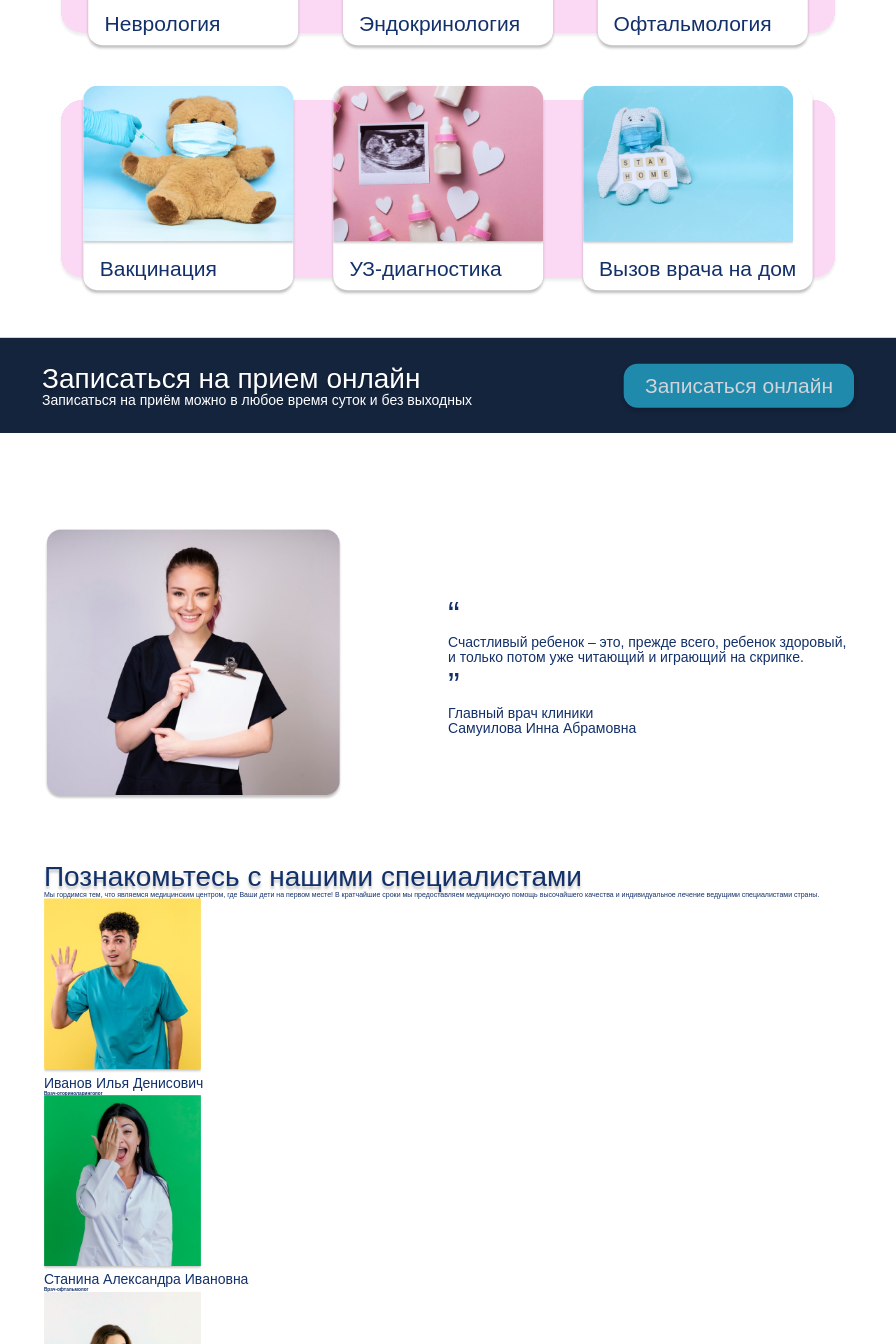
Repository: Normandy72/Landing-Page-Happy-Child
Page: index.html
An editor plug-in stored every save of this project. The page is shown before and after the next save, followed by the edit.
The browser window is 1280 px wide. The pictures show the part of the page from y = 2181 to 4101 px (the page is 8064 px tall), at 70% of full size.
Some web fonts or font styles are not loaded; a fallback is used.

Above is the page before, as saved 2022-11-12 14:20:59.

### index.html
<!DOCTYPE html>
<html lang="en">
<head>
    <meta charset="UTF-8">
    <meta http-equiv="X-UA-Compatible" content="IE=edge">
    <meta name="viewport" content="width=device-width, initial-scale=1.0">
    <link href="https://fonts.googleapis.com/css2?family=Neucha&display=swap" rel="stylesheet">
    <link href="https://fonts.googleapis.com/css2?family=Coustard:wght@400;900&display=swap" rel="stylesheet">
    <link rel="icon" href="resources/icon/stethoscope.ico" sizes="16x16">
    <link rel="icon" href="resources/icon/stethoscope.ico" sizes="32x32">
    <link rel="icon" href="resources/icon/stethoscope.ico" sizes="64x64">
    <link rel="stylesheet" href="styles/main.css">
    <title>Happy Child</title>
</head>

<body>
    <header>
        <div class="wrapper layout-3-columns">
            <a href="#">
                <div class="header__logo"></div>
            </a>
            <nav class="header__navigation">
                <a class = "navigation__link" href="#">Главная</a>
                <a class = "navigation__link" href="#">Услуги</a>
                <a class = "navigation__link" href="#">Врачи</a>
                <a class = "navigation__link" href="#">Новости</a>
                <a class = "navigation__link" href="#">Запись на прием</a>
                <a class = "navigation__link" href="#">Контакты</a>
            </nav>
            <a href="tel: +375291030303">
                <div class="header__phone"></div>
            </a>
        </div>
    </header>

    <main>
        <section class="section__main">
            <div class="wrapper">
                <div class="main__text">
                    <div class="main__logo"></div>
                    <h1>Медицинский центр для детей</h1>
                    <h5>только актуальные рекомендации, основанные на доказательствах</h5>
                    <button class="button button_accented">Записаться на прием</button>
                </div>
            </div>
        </section>

        <section class="section__information wrapper">
            <div class="information__block block__phone">
                <div class="block__icon"></div>
                <h2>Контакты</h2>
                <h3>+375 29 103-03-03</h3>
                <h3>+375 17 103-03-03</h3>
            </div>
            <div class="information__block block__shedule">
                <div class="block__icon"></div>
                <h2>График работы</h2>
                <h3>Пн. - Пт. :    8:00 - 21:00</h3>
                <h3>Сб. - Вс. :    9:00 - 18:00</h3>
            </div>
        </section>

        <section class="section__services">
            <div class="wrapper">
                <h2 class="heading_dark">Наши услуги</h2>
                <div class="divider"></div>
                <div class="services__cards layout-3-columns">
                    <div class="services__card">
                        <img src="resources/img/services/pediatria.png" alt="pediatria">
                        <h4>Педиатрия</h4>
                    </div>

                    <div class="services__card">
                        <img src="resources/img/services/pulmo.png" alt="pulmo">
                        <h4>Пульмонология</h4>
                    </div>

                    <div class="services__card">
                        <img src="resources/img/services/cardio.png" alt="cardio">
                        <h4>Кардиология</h4>
                    </div>
                </div>

                <div class="services__cards layout-3-columns">
                    <div class="services__card">
                        <img src="resources/img/services/lor.png" alt="lor">
                        <h4>Оториноларингология</h4>
                    </div>

                    <div class="services__card">
                        <img src="resources/img/services/allergo.png" alt="allergo">
                        <h4>Аллергология</h4>
                    </div>

                    <div class="services__card">
                        <img src="resources/img/services/surgery.png" alt="surgery">
                        <h4>Хирургия</h4>
                    </div>
                </div>

                <div class="services__cards layout-3-columns">
                    <div class="services__card">
                        <img src="resources/img/services/neuro.png" alt="neuro">
                        <h4>Неврология</h4>
                    </div>

                    <div class="services__card">
                        <img src="resources/img/services/endocryn.png" alt="endocryn">
                        <h4>Эндокринология</h4>
                    </div>

                    <div class="services__card">
                        <img src="resources/img/services/ophtalm.png" alt="ophtalm">
                        <h4>Офтальмология</h4>
                    </div>
                </div>

                <div class="services__cards layout-3-columns">
                    <div class="services__card">
                        <img src="resources/img/services/vaccination.png" alt="vaccination">
                        <h4>Вакцинация</h4>
                    </div>

                    <div class="services__card">
                        <img src="resources/img/services/usd.png" alt="usd">
                        <h4>УЗ-диагностика</h4>
                    </div>

                    <div class="services__card">
                        <img src="resources/img/services/stayhome.png" alt="stayhome">
                        <h4>Вызов врача на дом</h4>
                    </div>
                </div>
            </div>
        </section>

        <section class="section__addition">
            <div class="wrapper addition__info layout-2-columns">
                <div class="addition__text">
                    <h2>Записаться на прием онлайн</h2>
                    <h5>Записаться на приём можно в любое время суток и без выходных</h5>
                </div>
                <button class="button button_standart">Записаться онлайн</button>
            </div>
        </section>

        <section class="wrapper section__chief layout-2-columns">
            <div class="chief__foto"></div>
            <div class="chief__text">
                <div class="text__lines">
                    <div class="lines__line"></div>
                    <p>“</p>
                    <div class="lines__line"></div>
                </div>
                <h5>Счастливый ребенок – это, прежде всего, ребенок здоровый, и только потом уже читающий
                и играющий на скрипке.</h5>
                <div class="text__lines">
                    <div class="lines__line"></div>
                    <p>”</p>
                    <div class="lines__line"></div>
                </div>
                <h5>Главный врач клиники</h5>
                <div class="chief__logo"></div>
                <h5>Самуилова Инна Абрамовна</h5>
            </div>
        </section>

        <section class="wrapper section__doctors">
            <h2 class="heading_dark">Познакомьтесь с нашими специалистами</h2>
            <p>Мы гордимся тем, что являемся медицинским центром, где Ваши дети на первом месте!
                В кратчайшие сроки мы предоставляем медицинскую помощь высочайшего качества и индивидуальное лечение ведущими специалистами страны. </p>
            <div class="doctors__arrays">
                <div></div>
                <div></div>
            </div>
            <div class="doctors__cards">
                <div class="doctors__card">
                    <img src="resources/img/doctors/ivanov1.png" alt="ivanov1">
                    <h5>Иванов Илья Денисович</h5>
                    <h6>Врач-оториноларинголог</h6>
                </div>

                <div class="doctors__card">
                    <img src="resources/img/doctors/stanina1.png" alt="stanina1">
                    <h5>Станина Александра Ивановна</h5>
                    <h6>Врач-офтальмолог</h6>
                </div>

                <div class="doctors__card">
                    <img src="resources/img/doctors/tkachenko1.png" alt="tkachenko1">
                    <h5>Ткаченко Антонина Львовна</h5>
                    <h6>Врач-невролог</h6>
                </div>

                <div class="doctors__card">
                    <img src="resources/img/doctors/savenko1.png" alt="savenko1">
                    <h5>Савенко Алина Викторовна</h5>
                    <h6>Врач-педиатр</h6>
                </div>

                <div class="doctors__card">
                    <img src="resources/img/doctors/krotov1.png" alt="krotov1">
                    <h5>Кротов Алексей Геннадьевич</h5>
                    <h6>Врач-хирург</h6>
                </div>

                <div class="doctors__card">
                    <img src="resources/img/doctors/karpovich1.png" alt="karpovich1">
                    <h5>Карпович Анна Игоревна</h5>
                    <h6>Врач-кардиолог</h6>
                </div>

                <div class="doctors__card">
                    <img src="resources/img/doctors/akulich1.png" alt="akulich1">
                    <h5>Акулич Олег Васильевич</h5>
                    <h6>Врач-эндокринолог</h6>
                </div>

                <div class="doctors__card">
                    <img src="resources/img/doctors/astapenko1.png" alt="astapenko1">
                    <h5>Астапенко Ирина Эдуардовна</h5>
                    <h6>Врач УЗ-диагностики</h6>
                </div>
            </div>
        </section>

        <section>
            <div class="section__lines">
                <div></div>
                <div></div>
                <div></div>
            </div>
            <div class="wrapper section__news">
                <h2 class="heading_dark">Новости</h2>
                <div class="news_card">
                    <img src="resources/img/news/news1.png" alt="news1">
                    <h4>25. 07. 2022   15 : 00</h4>
                    <h3>Всемирный день здоровья полости рта</h3>
                    <h5>Взрослея, организм ребенка испытывает множество изменений. В честь Всемирного дня здоровья полости рта наши стоматологи расскажут родителям и детям, как заботиться о зубах и деснах в разных возрастных периодах, какие средства использовать, чтобы смена молочных зубов прошла легко и безболезненно, и еще много-много полезного!</h5>
                    <a href="#">Подробнее...</a>
                </div>

                <div class="news_card">
                    <img src="resources/img/news/news2.png" alt="news1">
                    <h4>27. 07. 2022   13 : 30</h4>
                    <h3>Европейская неделя иммунизации</h3>
                    <h5>Знаете ли Вы, что иммунизация является единственным и надежным способом борьбы с эпидемиологическими заболеваниями, такими как корь, полиомиелит, эпидемический паротит и др.? В рамках Европейской недели иммунизации врач-педиатр Савенко Алина Викторовна познакомит Вас с текущим календарем профилактических прививок и ответит на все волнующие Вас вопросы! </h5>
                    <a href="#">Подробнее...</a>
                </div>

                <div class="news_card">
                    <img src="resources/img/news/news3.png" alt="news1">
                    <h4>28. 07. 2022    16 : 00</h4>
                    <h3>Международный день офтальмологии</h3>
                    <h5>Ухудшение зрения может лишить человека возможности заниматься любимым делом. Хорошо, что современная офтальмология обладает широкими возможностями для лечения многих заболеваний глаз.  Приходите к нам в Международный день офтальмологии и узнайте, что рекомендуют специалисты для профилактии заболеваний глаз.</h5>
                    <a href="#">Подробнее...</a>
                </div>
            </div>
        </section>

        <section class="section__addition">
            <div class="wrapper addition__info layout-2-columns">
                <div class="addition__text">
                    <h2>Подписаться на рассылку</h2>
                    <h5>Будьте в курсе новостей !</h5>
                </div>
                <form class="addition__form">
                    <input class = "addition__input" type="text" value="Email">
                    <button class="button button_standart">Подписаться</button>
                </form>
            </div>
        </section>

        <section class="wrapper section__callback">
            <div class="callback__form">
                <h2 class="heading_dark">Остались вопросы?</h2>
                <h5>Оставьте заявку, мы Вам перезвоним!</h5>
                <form action="">
                    <input class="callback__input" type="text" value="Ваше имя">
			        <input class="callback__input" type="tel" placeholder="Номер телефона" pattern="+375(29,17,33,44)[0-9]{3}-[0-9]{2}-[0-9]{2}" required>
			        <select class="callback__input" name="menu" size="1">
				        <option>Желаемая услуга</option>
				        <option value="ped">Педиатрия</option>
				        <option value="pulmo">Пульмонология</option>
				        <option value="cardio">Кардиология</option>
				        <option value="lor">Оториноларингология</option>
				        <option value="allergo">Аллергология</option>
				        <option value="surg">Хирургия</option>
				        <option value="neuro">Неврология</option>
				        <option value="endocryn">Эндокринология</option>
				        <option value="ophtalm">Офтальмология</option>
				        <option value="vaccin">Вакцинация</option>
				        <option value="usd">УЗ-диагностика</option>
				        <option value="stayhome">Вызов врача на дом</option>
			        </select>
			        <input class="callback__input" type="date" value="2022-01-01" min="2022-01-01" max="2022-12-31">
                    <label class="callback__checkbox">
                        <input type="checkbox">
                        Я даю согласие на хранение и обработку персональных данных
                    </label>
			        <button class="button button_standart">Оставить заявку</button>
                </form>
            </div>
            <div class="callback__photo"></div>
        </section>

        <section class="wrapper section__contacts">
            <h2 class="heading_dark">Ждем Вас в нашем центре !</h2>
            <div class="contacts__info">
                <h3>Контакты</h3>
                <h5>Мы находимся по адресу:</h5>
                <h4>г. Минск, ул. Матусевича, 70</h4>
                <h5>Связаться:</h5>
                <a href="tel: +375291030303">+375 29 103-03-03</a>
                <a href="tel: +375171030303">+375 17 103-03-03</a>
                <h5>Мы в соц. сетях:</h5>
                <div class="contacts__social">
                    <a href="#"></a>
                </div>
                <div class="contacts__social">
                    <a href="#"></a>
                </div>
                <div class="contacts__social">
                    <a href="#"></a>
                </div>
            </div>
            <div class="contacts__map">
                <iframe src="https://www.google.com/maps/embed?pb=!1m18!1m12!1m3!1d2349.7572817965843!2d27.4501670158107!3d53.91828888010291!2m3!1f0!2f0!3f0!3m2!1i1024!2i768!4f13.1!3m3!1m2!1s0x46dbc52f35b245d3%3A0x98f1d72de22c93c4!2z0YPQu9C40YbQsCDQnNCw0YLRg9GB0LXQstC40YfQsCA3MCwg0JzQuNC90YHQug!5e0!3m2!1sru!2sby!4v1659879735812!5m2!1sru!2sby" width="50%" height="562px" style="border:0;" allowfullscreen="" loading="lazy" referrerpolicy="no-referrer-when-downgrade"></iframe>
            </div>
        </section>
    </main>

    <footer>
        <div class="wrapper">
            <h5>ООО “HappyChild” © 2022</h5>
            <a href="#">Политика конфиденциальности</a>
        </div>
    </footer>
</body>
</html>

### styles/main.css
@import url(base.css);
@import url(buttons.css);
@import url(footer.css);
@import url(form.css);
@import url(header.css);
@import url(headings.css);
@import url(layouts.css);
@import url(links.css);
@import url(section_addition.css);
@import url(section_chief.css);
@import url(section_information.css);
@import url(section_main.css);
@import url(section_services.css);
@import url(variables.css);

### styles/base.css
*{
    margin: 0;
    padding: 0;
    box-sizing: border-box;
}

html{
    scroll-behavior: smooth;
}

body{
    font-family: var(--main-font);
    font-size: 10px;
    color: var(--text-dark-color);
}

.wrapper{
    max-width: 1180px;
    min-width: 480px;
    padding: 0 1%;
    margin: auto;
}

.divider{
    width: 100%;
}

### styles/buttons.css
.button{
    border-radius: 20px;
    border: none;
    filter: drop-shadow(0px 4px 4px rgba(0, 0, 0, 0.25));
    padding: 15px 30px;
    opacity: 0.8;

    font-family: var(--main-font);
    font-style: normal;
    font-weight: 400;
    font-size: var(--buttons-font-size);
    line-height: 33px;
    display: flex;
    align-items: center;
    text-align: center;
    color: var(--buttons-text-color);
}

.button_accented{
    background-color: var(--accented-button-color);
}

.button_standart{
    background-color: var(--standart-button-color);
}

.button:hover{
    cursor: pointer;
    opacity: 1;
}

### styles/headings.css
h1{
    font-size: var(--h1-font-size);
    font-style: normal;
    font-weight: 400;
    line-height: 50px;
}

h2{
    font-size: var(--h2-font-size);
    font-style: normal;
    font-weight: 400;
    line-height: 42px;
    text-shadow: var(--shadow);
}

h3{
    font-size: var(--h3-font-size);
    font-style: normal;
    font-weight: 400;
    line-height: 37px;
}

h4{
    font-size: var(--h4-font-size);
    font-style: normal;
    font-weight: 400;
    line-height: 32px;
}

h5{
    font-size: var(--h5-font-size);
    font-style: normal;
    font-weight: 400;
    line-height: 22px;
}

h6{

}

### styles/layouts.css
.layout-3-columns{
    display: flex;
    align-items: center;
    justify-content: space-between;
    flex-wrap: wrap;
    flex-basis: 33%;
}

.layout-2-columns{
    display: flex;
    align-items: center;
    justify-content: space-between;
    flex-wrap: wrap;
    flex-basis: 45%;
}

### styles/links.css
a{
    text-decoration: none;
    color: var(--links-color);
    text-shadow: var(--shadow);
    font-size: var(--links-font-size);
}

a:hover{
    cursor: pointer;
    color: var(--links-hover-color);
    transition: var(--transition);
}

### styles/section_addition.css
.section__addition{
    color: var(--text-ligth-color);
    background-color: var(--added-blocks-color);
}

.addition__info{
    padding: 36px 10px;
}

### styles/section_chief.css
.section__chief{
    padding-top: 138px;
    padding-bottom: 88px;
}

.chief__foto{
    background-image: url(../resources/img/doctors/chief1.png);
    background-repeat: no-repeat;
    background-size: cover;
    width: 426px;
    height: 386px;
}

.chief__text{
    width: 50%;
}

.text__lines p{
    font-family: var(--second-font);
    font-size: 50px;
}

Loaded but not shown: styles/header.css (47 lines, source omitted); styles/section_information.css (44 lines, source omitted); styles/variables.css (32 lines, source omitted); styles/section_services.css (36 lines, source omitted); styles/section_main.css (33 lines, source omitted); styles/footer.css (no copy from this time; the picture is the same without it); styles/form.css (no copy from this time; the picture is the same without it)

After the next save:
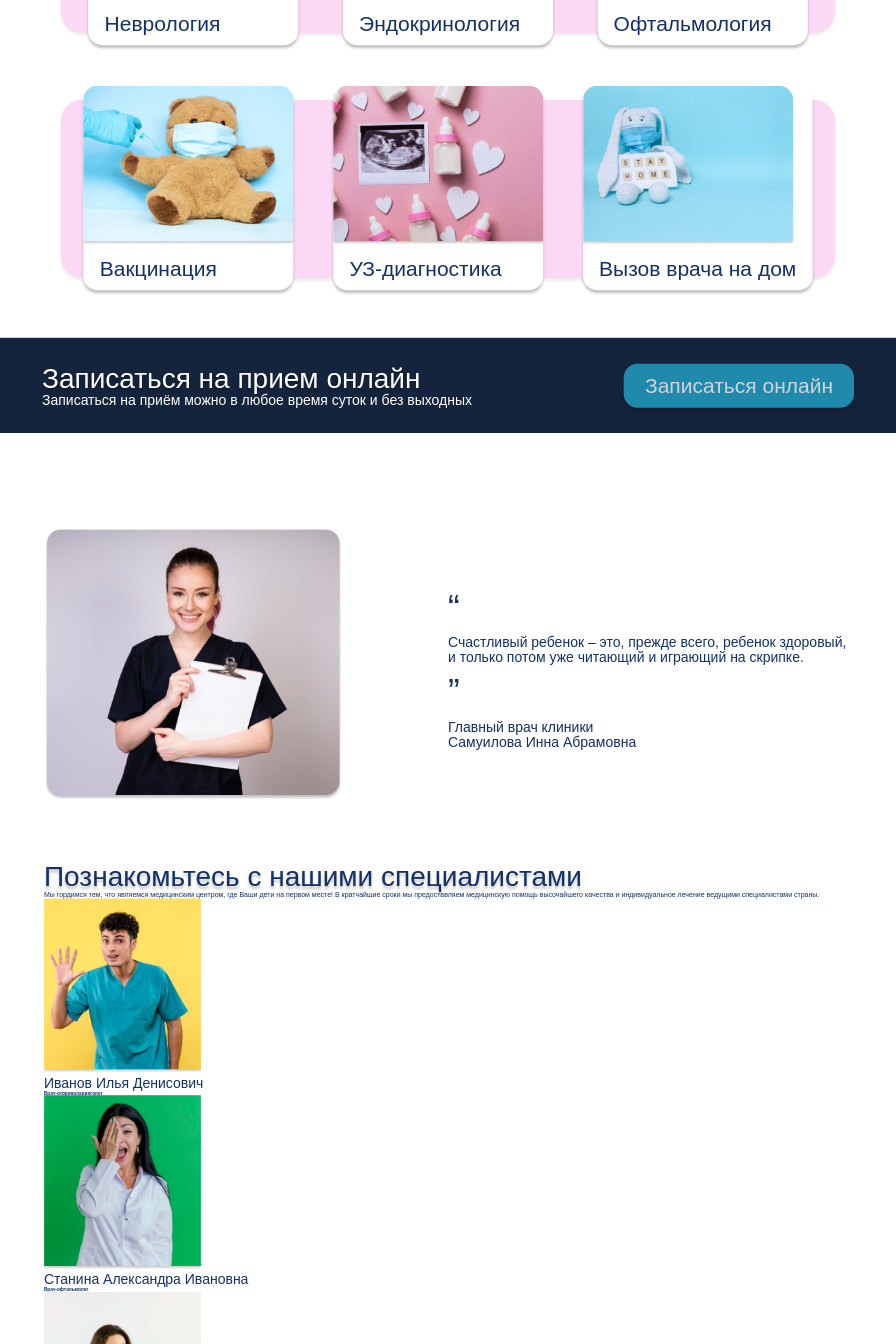
Saved 31 s later.
--- a/styles/section_chief.css
+++ b/styles/section_chief.css
@@ -17,5 +17,8 @@
 
 .text__lines p{
     font-family: var(--second-font);
+    font-style: normal;
+    font-weight: 400;
     font-size: 50px;
+    line-height: 155.88%;
 }

After the save that followed:
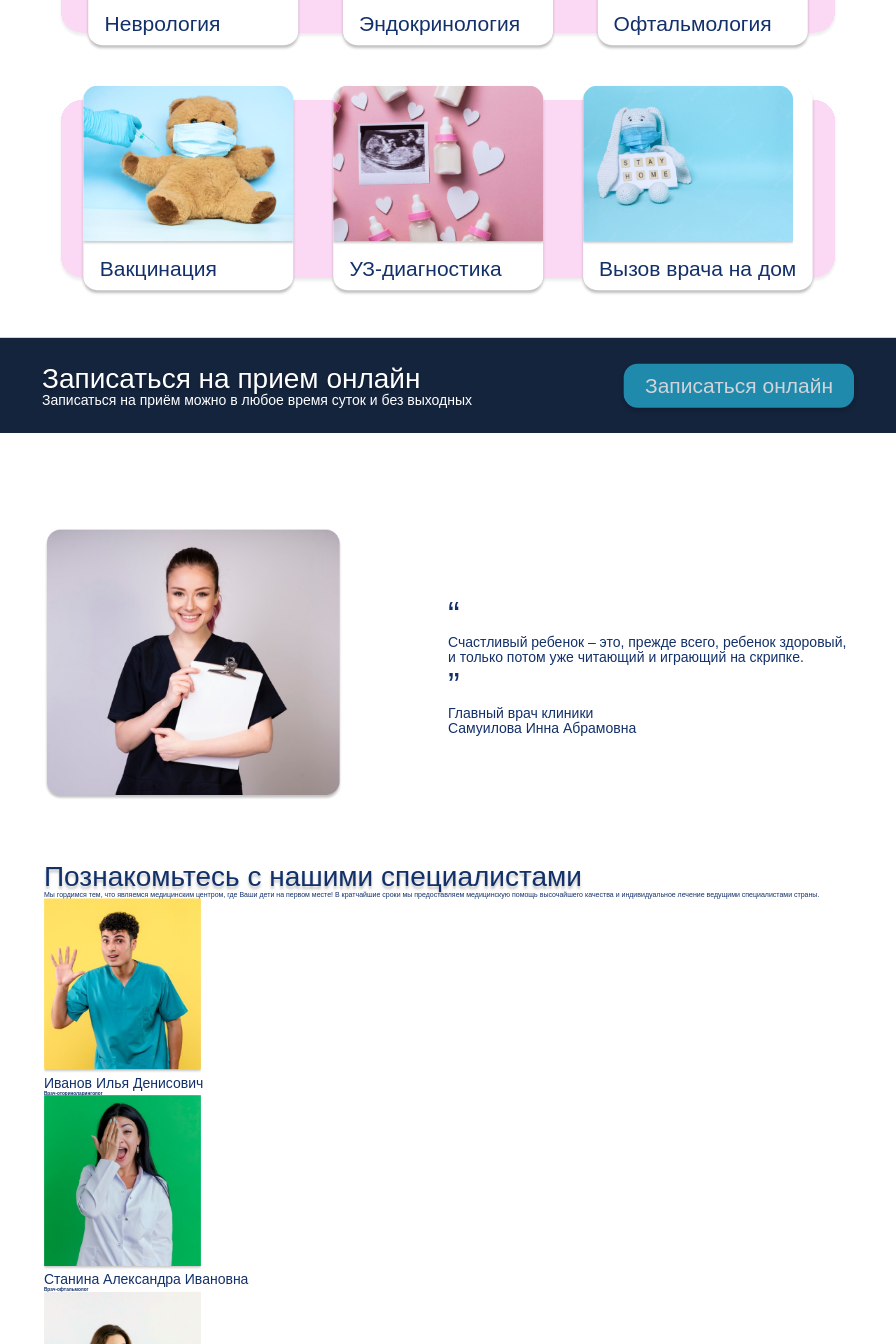
Saved 2 min 17 s later.
--- a/styles/section_chief.css
+++ b/styles/section_chief.css
@@ -20,5 +20,4 @@
     font-style: normal;
     font-weight: 400;
     font-size: 50px;
-    line-height: 155.88%;
 }
